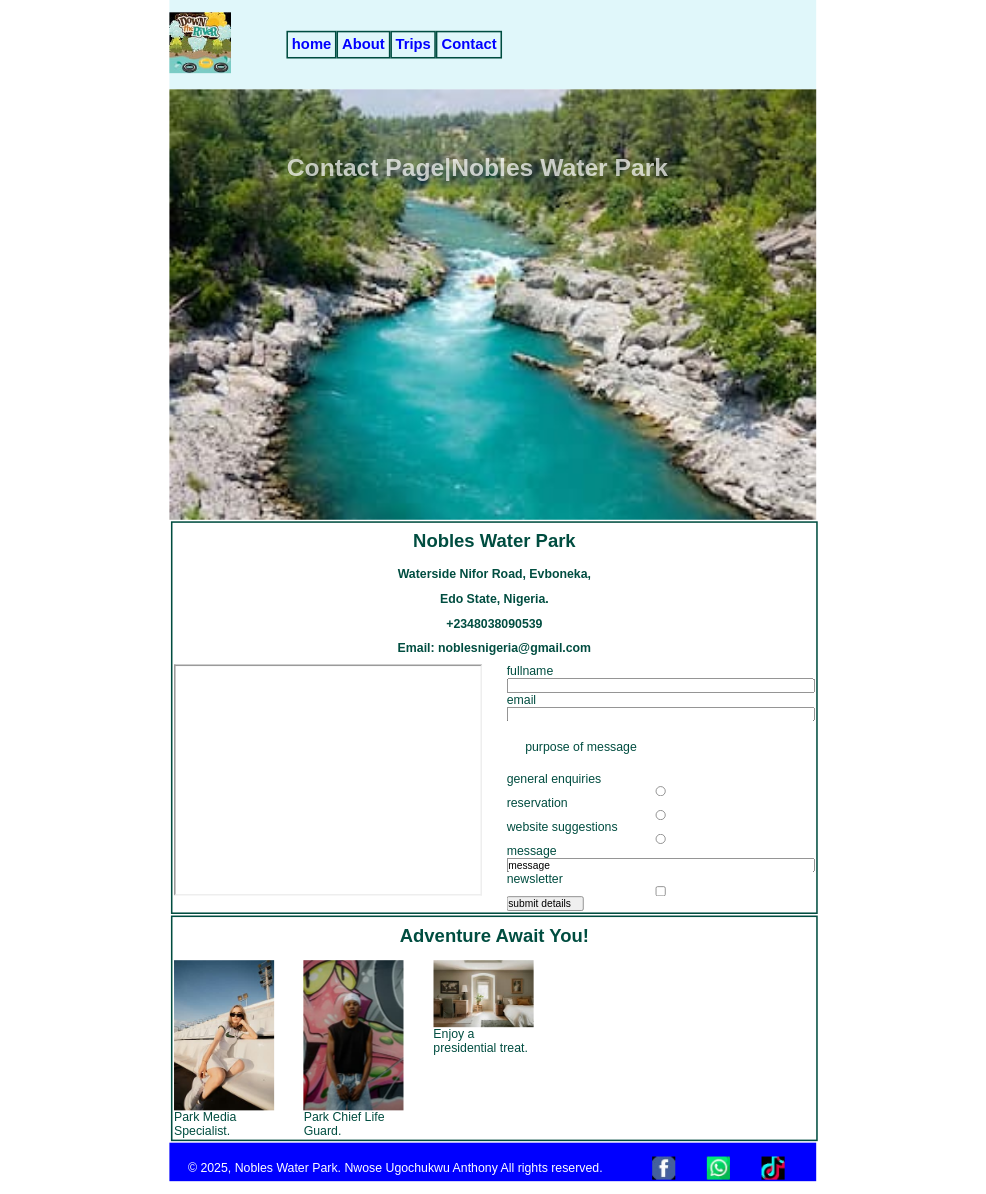
Repository: NoblesNigeria/wdd130
Page: wwr/contact.html
These files come from the project's save history. The page is drawn as it stood at one moment and after the next save; the edit follows.
The browser window is 1280 px wide. The pictures show the whole page, at 77% of full size.
Pictures or frames that could not be fetched are drawn as grey boxes.

Above is the page before, as saved 2025-09-25 11:32:16.

After the next save:
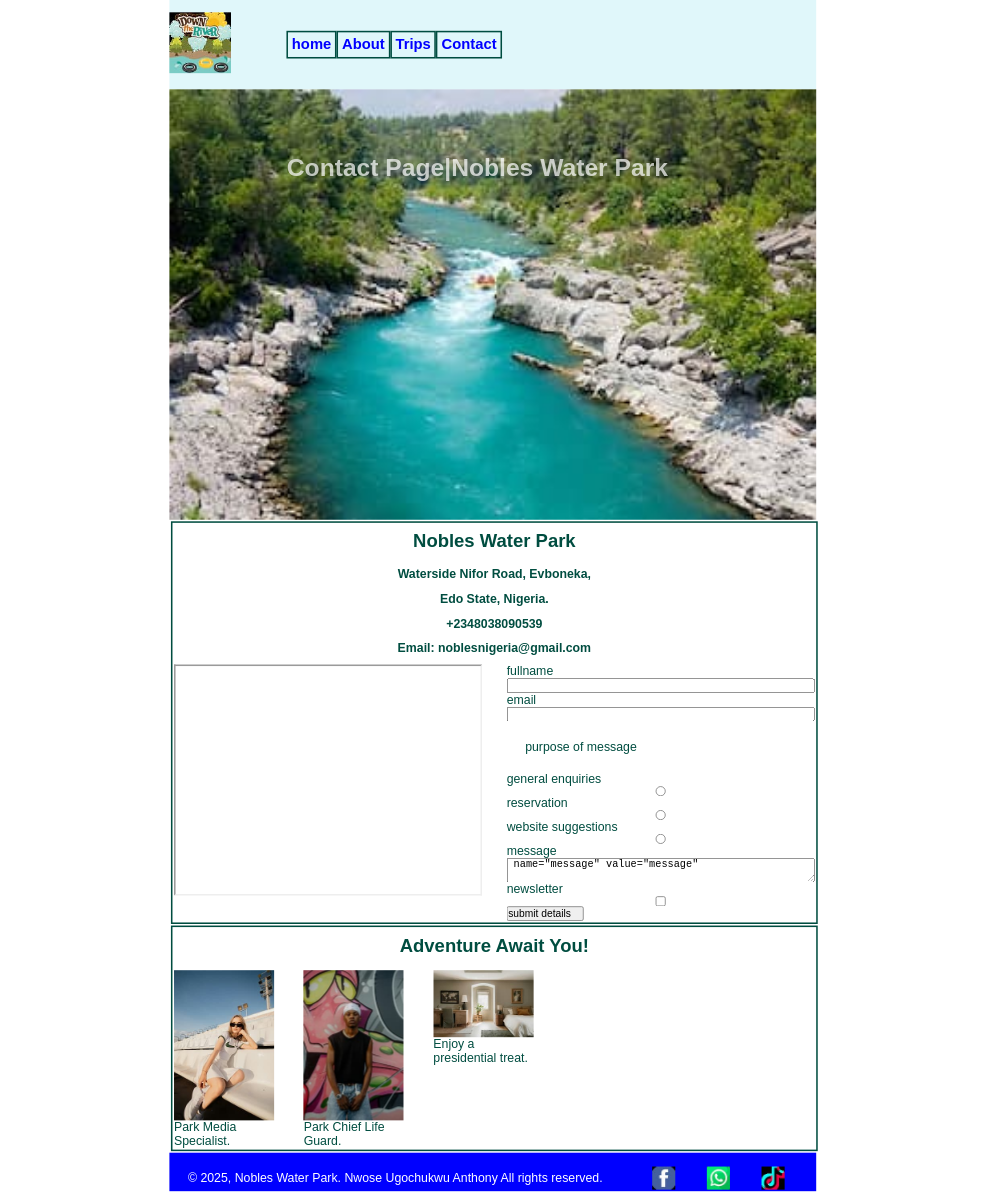
Saved 8 min 12 s later.
--- a/wwr/contact.html
+++ b/wwr/contact.html
@@ -45,7 +45,7 @@
                 <label for="suggestions">website suggestions</label>
                 <input type="radio" id="suggestions" name="suggestions">
                 <label for="message">message</label>
-                <input type="textarea" id="message" name="message" value="message">
+                <textarea id="message"> name="message" value="message"</textarea>
                 <label for="newsletter">newsletter</label>
                 <input type="checkbox" id="newsletter" name="newsletter">
                 <button type="submit">submit details</button>
